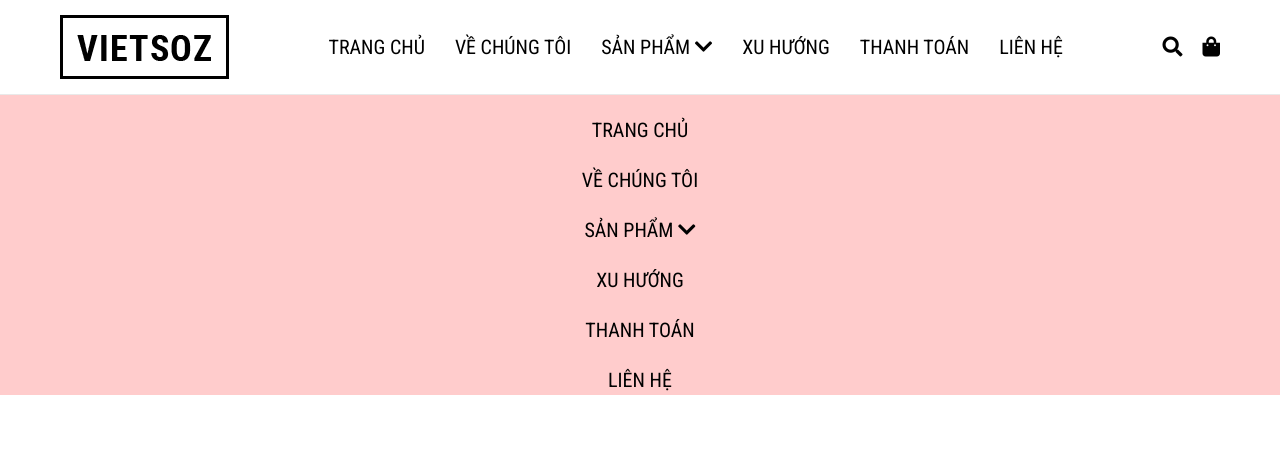
Repository: vinhtk0209/Vietsoz-reponsive
Page: index.html
These files come from the project's save history. The page is drawn as it stood at one moment and after a run of saves; the edit follows.
The browser window is 1280 px wide. The pictures show the whole page.

Above is the page before, as saved 2021-10-23 17:41:08.

After the next 5 saves:
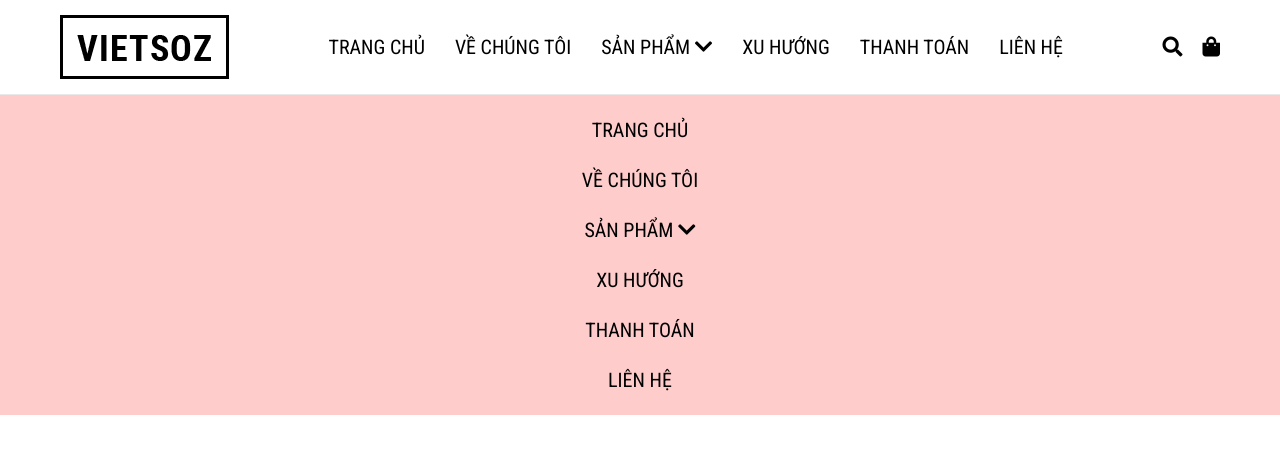
The 5 saves are shown as one change because they came seconds apart.
The last was saved 44 s later.
--- a/assets/css/main.css
+++ b/assets/css/main.css
@@ -73,7 +73,7 @@ h4 {
     width: 100%;
     left:0;
     text-align: center;
-    /* padding: 20px  0; */
+    padding-bottom: 20px;
 }
 .header-main-menu.reponsive ul li a{
     padding-top: 20px;
